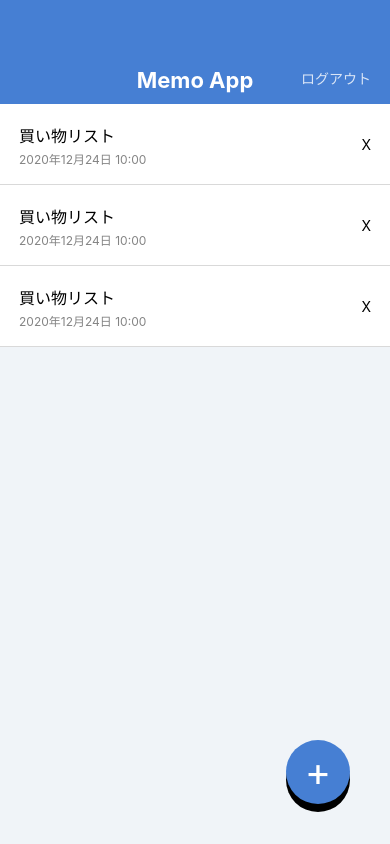
Repository: hirano-step/MemoApp
Screen: /
An editor plug-in stored every save of this project. The screen is shown before and after the next save, followed by the edit.
The app was drawn by React Native's web renderer in a window 390 px wide. The project was rebuilt for these pictures with package versions that can differ from the ones it lists, and the page was loaded fresh each time.

Above is the screen before, as saved 2023-01-12 11:30:30.

### App.jsx
import { StyleSheet, Text, View } from 'react-native';

export default function App() {
  return (
    <View style={styles.container}>
      <View style={styles.appbar}>
        <View style={styles.appbarInner}>
          <Text style={styles.appbarTitle}>Memo App</Text>
          <Text style={styles.appbarRight}>ログアウト</Text>
        </View>
      </View>

      <View>
        <View style={styles.memoListItem}>
          <View>
            <Text style={styles.memoListItemTitle}>買い物リスト</Text>
            <Text style={styles.memoListItemDate}>2020年12月24日 10:00</Text>
          </View>
          <View>
            <Text>X</Text>
          </View>
        </View>

        <View style={styles.memoListItem}>
          <View>
            <Text style={styles.memoListItemTitle}>買い物リスト</Text>
            <Text style={styles.memoListItemDate}>2020年12月24日 10:00</Text>
          </View>
          <View>
            <Text>X</Text>
          </View>
        </View>

        <View style={styles.memoListItem}>
          <View>
            <Text style={styles.memoListItemTitle}>買い物リスト</Text>
            <Text style={styles.memoListItemDate}>2020年12月24日 10:00</Text>
          </View>
          <View>
            <Text>X</Text>
          </View>
        </View>
      </View>

      <View style={styles.circleButton}>
        <Text style={styles.circleButonnLabel}>+</Text>
      </View>

    </View>
  );
}

const styles = StyleSheet.create({
  container: {
    flex: 1,
    backgroundColor: '#F0F4F8',
  },
  appbar: {
    width: '100%',
    height: 104,
    backgroundColor: '#467FD3',
    justifyContent: 'flex-end',
  },
  appbarInner: {
    alignItems: 'center',
  },
  appbarRight: {
    position: 'absolute',
    right: 19,
    bottom: 16,
    color: 'rgba(255,255,255,0.8)',
  },
  appbarTitle: {
    marginBottom: 8,
    fontSize: 22,
    lineHeight: 32,
    color: '#FFFFFF',
    fontWeight: 'bold',
  },
  memoListItem: {
    backgroundColor: '#FFFFFF',
    flexDirection: 'row',
    justifyContent: 'space-between',
    paddingVertical: 16,
    paddingHorizontal: 19,
    alignItems: 'center',
    borderBottomWidth: 1,
    borderColor: 'rgba(0,0,0,0.15)',
  },
  memoListItemTitle: {
    fontSize: 16,
    lineHeight: 32,
  },
  memoListItemDate: {
    fontSize: 12,
    lineHeight: 16,
    color: '#848484',
  },
  circleButton: {
    backgroundColor: '#467FD3',
    width: 64,
    height: 64,
    borderRadius: 32,
    justifyContent: 'center',
    alignItems: 'center',
    position: 'absolute',
    right: 40,
    bottom: 40,
    shadowColor: '#000000',
    shadowOffset: { width: 0, height: 8 },
  },
  circleButonnLabel: {
    color: '#FFFFFF',
    fontSize: 40,
    lineHeight: 40,
  }
});

After the next save:
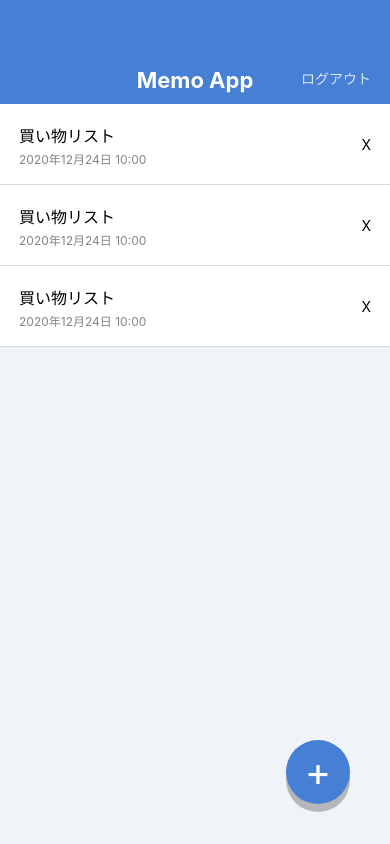
Saved 13 s later.
--- a/App.jsx
+++ b/App.jsx
@@ -108,6 +108,7 @@ const styles = StyleSheet.create({
     bottom: 40,
     shadowColor: '#000000',
     shadowOffset: { width: 0, height: 8 },
+    shadowOpacity: 0.25,
   },
   circleButonnLabel: {
     color: '#FFFFFF',
